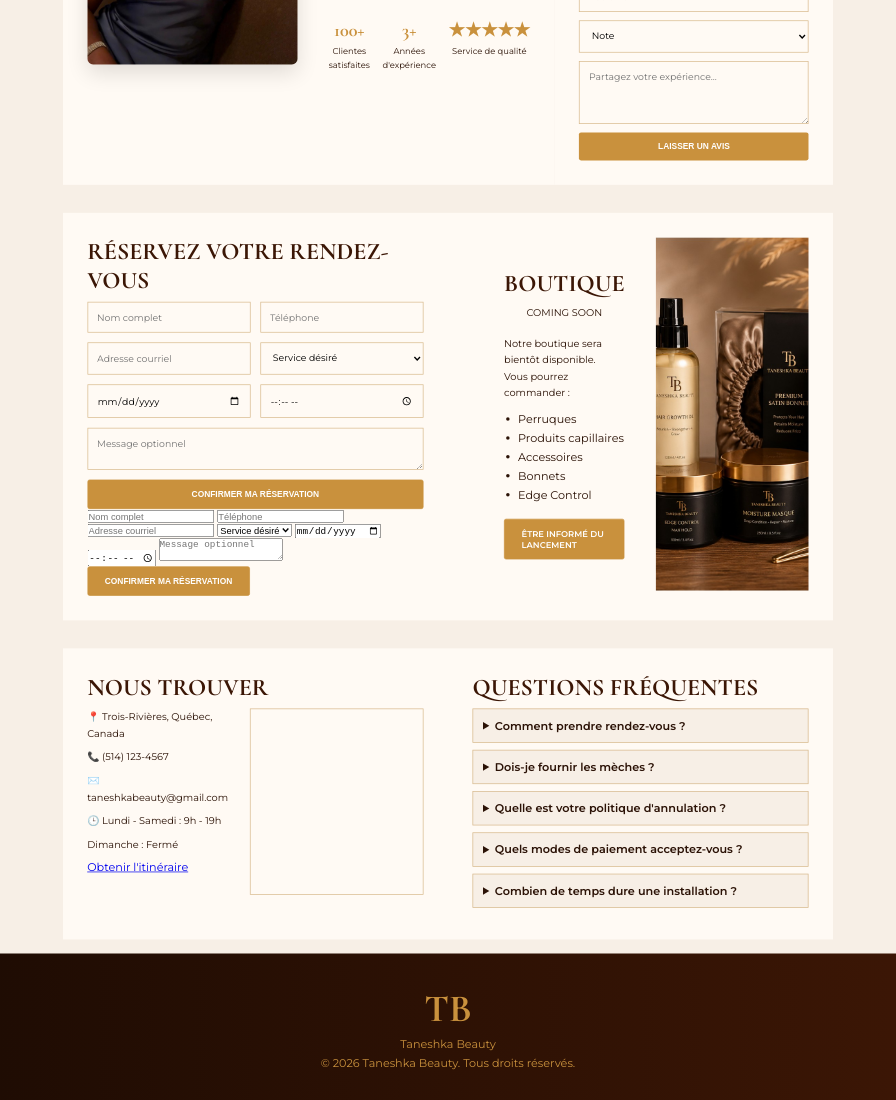
Repository: kngnepi/Taneshka-Beauty-House
Page: index.html
The author's editor kept a copy of each file at every save. The page is drawn from the files as they stood at one save, then again after the next save.
The browser window is 1280 px wide. The pictures show the part of the page from y = 2513 to 4433 px (the page is 4085 px tall before and 4433 px after), at 70% of full size.
Pictures or frames that could not be fetched are drawn as grey boxes.

Above is the page before, as saved 2026-07-05 19:44:46.

### index.html
<!DOCTYPE html>
<html lang="fr">
<head>
  <meta charset="UTF-8" />
  <meta name="viewport" content="width=device-width, initial-scale=1.0" />
  <title>Taneshka Beauty</title>
  <link rel="stylesheet" href="style.css" />
</head>
<body>

  <!-- NAVBAR -->
  <header class="navbar">
    <div class="logo">
      <span>TB</span>
      <p>TANESHKA BEAUTY</p>
    </div>

    <nav>
      <a href="#home">Accueil</a>
      <a href="#services">Services</a>
      <a href="#portfolio">Portfolio</a>
      <a href="#about">À propos</a>
      <a href="#booking">Réservation</a>
      <a href="#products">Boutique</a>
      <a href="#contact">Contact</a>
    </nav>

    <a href="#booking" class="btn-gold">Réserver</a>
  </header>

  <!-- HERO -->
  <section id="home" class="hero">
    <div class="hero-content">
      <h1>TANESHKA<br>BEAUTY</h1>
      <p class="tagline">Élégance • Confiance • Beauté</p>
      <p class="hero-text">
        Spécialiste en perruques, tresses et coiffures protectrices.
      </p>

      <div class="hero-buttons">
        <a href="#booking" class="btn-gold">Réserver un rendez-vous</a>
        <a href="#portfolio" class="btn-outline">Voir nos réalisations</a>
      </div>
    </div>
  </section>

  <!-- SERVICES -->
  <section id="services" class="section">
    <h2>Nos Services</h2>
    <p class="section-subtitle">Des prestations adaptées à votre style et à vos besoins.</p>

    <div class="services-grid">
      <div class="service-card">
        <div class="service-img"></div>
        <div>
          <h3>Perruques</h3>
          <ul>
            <li>Installation</li>
            <li>Retrait</li>
            <li>Revamp</li>
            <li>Customisation</li>
          </ul>
          <p>À partir de 60$</p>
          <a href="#booking" class="btn-dark">Réserver</a>
        </div>
      </div>

      <div class="service-card">
        <div class="service-img"></div>
        <div>
          <h3>Tresses</h3>
          <ul>
            <li>Knotless Braids</li>
            <li>Boho Braids</li>
            <li>Tribal Braids</li>
            <li>Cornrows</li>
          </ul>
          <p>À partir de 80$</p>
          <a href="#booking" class="btn-dark">Réserver</a>
        </div>
      </div>

      <div class="service-card">
        <div class="service-img"></div>
        <div>
          <h3>Coiffures</h3>
          <ul>
            <li>Ponytail</li>
            <li>Wig Styling</li>
            <li>Butterfly Locs</li>
            <li>Twists</li>
          </ul>
          <p>À partir de 50$</p>
          <a href="#booking" class="btn-dark">Réserver</a>
        </div>
      </div>
    </div>
  </section>

  <!-- PORTFOLIO -->
 <section id="portfolio" class="section">
  <h2>Nos Réalisations</h2>

  <div class="portfolio-filters">
    <button class="active" data-filter="all">Tout</button>
    <button data-filter="perruques">Perruques</button>
    <button data-filter="tresses">Tresses</button>
    <button data-filter="ponytails">Ponytails</button>
    <button data-filter="locs">Locs</button>
  </div>

  <div class="portfolio-grid">
    <div class="portfolio-item" data-category="ponytails"></div>
    <div class="portfolio-item" data-category="ponytails"></div>
    <div class="portfolio-item" data-category="perruques"></div>
    <div class="portfolio-item" data-category="perruques"></div>
    <div class="portfolio-item" data-category="perruques"></div>
    <div class="portfolio-item" data-category="perruques"></div>
  </div>
</section>

  <!-- ABOUT + REVIEWS -->
  <!-- ABOUT + REVIEWS -->
<section class="split-section">
  <div id="about" class="about-box">
    <div class="about-img"></div>

    <div class="about-content">
      <h2>À propos de Taneshka Beauty</h2>
      <p>
        Chez Taneshka Beauty, nous mettons en valeur la beauté naturelle de chaque cliente
        grâce à des coiffures élégantes, des tresses impeccables et des installations de
        perruques professionnelles. Notre mission est d'offrir une expérience personnalisée
        dans une ambiance chaleureuse, professionnelle et accueillante.
      </p>

      <div class="about-stats">
        <div>
          <h3>100+</h3>
          <p>Clientes satisfaites</p>
        </div>

        <div>
          <h3>3+</h3>
          <p>Années d'expérience</p>
        </div>

        <div>
          <h3>★★★★★</h3>
          <p>Service de qualité</p>
        </div>
      </div>
    </div>
  </div>

  <div class="reviews-box">
  <h2>Ce que disent nos clientes</h2>

  <div class="reviews-grid" id="reviewsList">
    <div class="review-card">
      <p class="stars">★★★★★</p>
      <p>Très professionnelle et minutieuse. Je suis toujours satisfaite du résultat.</p>
      <span>— Sarah M.</span>
    </div>

    <div class="review-card">
      <p class="stars">★★★★★</p>
      <p>Mes tresses ont tenu plusieurs semaines. Je recommande fortement.</p>
      <span>— Jessica K.</span>
    </div>
  </div>

  <form class="review-form" id="reviewForm">
    <input type="text" id="reviewName" placeholder="Votre nom" required />

    <select id="reviewRating" required>
      <option value="">Note</option>
      <option value="5">★★★★★</option>
      <option value="4">★★★★</option>
      <option value="3">★★★</option>
      <option value="2">★★</option>
      <option value="1">★</option>
    </select>

    <textarea id="reviewText" placeholder="Partagez votre expérience..." required></textarea>

    <button type="submit" class="btn-gold">Laisser un avis</button>
  </form>
</div>
</section>

<!-- BOOKING + PRODUCTS -->
<section class="split-section">
  <div id="booking" class="booking-section">
    <h2>Réservez votre rendez-vous</h2>

    <form
  class="booking-form"
  action="https://formspree.io/f/mjgqljjd"
  method="POST"
>
  <input type="text" name="nom" placeholder="Nom complet" required />

  <input type="tel" name="telephone" placeholder="Téléphone" required />

  <input type="email" name="email" placeholder="Adresse courriel" required />

  <select name="service" required>
    <option value="">Service désiré</option>
    <option value="Perruques">Perruques</option>
    <option value="Tresses">Tresses</option>
    <option value="Coiffures">Coiffures</option>
  </select>

  <input type="date" name="date_souhaitee" required />

  <input type="time" name="heure_souhaitee" required />

  <textarea name="message" placeholder="Message optionnel"></textarea>

  <button type="submit" class="btn-gold">
    Confirmer ma réservation
  </button>
</form>
      <input type="text" placeholder="Nom complet" />
      <input type="tel" placeholder="Téléphone" />
      <input type="email" placeholder="Adresse courriel" />

      <select>
        <option>Service désiré</option>
        <option>Perruques</option>
        <option>Tresses</option>
        <option>Coiffures</option>
      </select>

      <input type="date" />
      <input type="time" />
      <textarea placeholder="Message optionnel"></textarea>


      <button type="submit" class="btn-gold">Confirmer ma réservation</button>
    </form>
  </div>

  <div id="products" class="products-section">
    <div class="products-content">
      <div class="products-text">
        <h2>Boutique</h2>
        <p class="coming-soon">Coming Soon</p>
        <p>Notre boutique sera bientôt disponible.</p>
        <p>Vous pourrez commander :</p>

        <ul>
          <li>Perruques</li>
          <li>Produits capillaires</li>
          <li>Accessoires</li>
          <li>Bonnets</li>
          <li>Edge Control</li>
        </ul>

        <a href="#contact" class="btn-gold">Être informé du lancement</a>
      </div>

      <div class="products-img"></div>
    </div>
  </div>
</section>

<!-- LOCATION + FAQ -->
<section id="contact" class="split-section">
  <div class="location-box">
  <h2>Nous trouver</h2>

  <div class="location-content">
    <div class="location-info">
      <p>📍 Trois-Rivières, Québec, Canada</p>
      <p>📞 (514) 123-4567</p>
      <p>✉️ taneshkabeauty@gmail.com</p>
      <p>🕒 Lundi - Samedi : 9h - 19h</p>
      <p>Dimanche : Fermé</p>

      <a
        href="https://www.google.com/maps/search/?api=1&query=Trois-Rivi%C3%A8res%2C%20Qu%C3%A9bec%2C%20Canada"
        target="_blank"
        class="btn-outline-dark"
      >
        Obtenir l'itinéraire
      </a>
    </div>

    <div class="map-box">
      <iframe
        src="https://www.google.com/maps?q=Trois-Rivi%C3%A8res%2C%20Qu%C3%A9bec%2C%20Canada&output=embed"
        loading="lazy"
        referrerpolicy="no-referrer-when-downgrade">
      </iframe>
    </div>
  </div>
</div>

  <div class="faq-box">
    <h2>Questions fréquentes</h2>

    <details>
      <summary>Comment prendre rendez-vous ?</summary>
      <p>Vous pouvez réserver via le formulaire ou nous contacter sur Instagram.</p>
    </details>

    <details>
      <summary>Dois-je fournir les mèches ?</summary>
      <p>Cela dépend du service choisi. Les détails seront confirmés lors de la réservation.</p>
    </details>

    <details>
      <summary>Quelle est votre politique d'annulation ?</summary>
      <p>Les annulations doivent être faites au moins 48h avant le rendez-vous.</p>
    </details>

    <details>
      <summary>Quels modes de paiement acceptez-vous ?</summary>
      <p>Espèces et virement Interac.</p>
    </details>

    <details>
      <summary>Combien de temps dure une installation ?</summary>
      <p>La durée varie selon le service sélectionné.</p>
    </details>
  </div>
</section>
  <!-- FOOTER -->
  <footer>
    <h2>TB</h2>
    <p>Taneshka Beauty</p>
    <p>© 2026 Taneshka Beauty. Tous droits réservés.</p>
  </footer>

<script>
  const filterButtons = document.querySelectorAll(".portfolio-filters button");
  const portfolioItems = document.querySelectorAll(".portfolio-item");

  filterButtons.forEach(button => {
    button.addEventListener("click", () => {
      const filter = button.dataset.filter;

      filterButtons.forEach(btn => btn.classList.remove("active"));
      button.classList.add("active");

      portfolioItems.forEach(item => {
        if (filter === "all" || item.dataset.category === filter) {
          item.classList.remove("hide");
        } else {
          item.classList.add("hide");
        }
      });
    });
  });
</script>
<script>
  const reviewForm = document.getElementById("reviewForm");
  const reviewsList = document.getElementById("reviewsList");

  let reviews = JSON.parse(localStorage.getItem("taneshkaReviews")) || [];

  function displayReviews() {
    reviews.forEach(review => {
      const reviewCard = document.createElement("div");
      reviewCard.classList.add("review-card");

      reviewCard.innerHTML = `
        <p class="stars">${"★".repeat(review.rating)}</p>
        <p>${review.text}</p>
        <span>— ${review.name}</span>
      `;

      reviewsList.appendChild(reviewCard);
    });
  }

  reviewForm.addEventListener("submit", function (e) {
    e.preventDefault();

    const name = document.getElementById("reviewName").value;
    const rating = document.getElementById("reviewRating").value;
    const text = document.getElementById("reviewText").value;

    const newReview = {
      name: name,
      rating: rating,
      text: text
    };

    reviews.push(newReview);
    localStorage.setItem("taneshkaReviews", JSON.stringify(reviews));

    reviewsList.innerHTML = "";
    displayReviews();

    reviewForm.reset();
  });

  displayReviews();
</script>
</body>
</html>

### style.css
@import url('https://fonts.googleapis.com/css2?family=Cormorant+Garamond:wght@500;600;700&family=Montserrat:wght@300;400;500;600&display=swap');

:root {
  --brown: #3b1605;
  --dark-brown: #1f0c03;
  --gold: #c9913d;
  --cream: #f7efe6;
  --light-cream: #fffaf4;
  --text: #2b1206;
  --border: #d8b98c;
}

* {
  margin: 0;
  padding: 0;
  box-sizing: border-box;
}

body {
  background: var(--cream);
  color: var(--text);
  font-family: "Montserrat", sans-serif;
}

h1, h2, h3 {
  font-family: "Cormorant Garamond", serif;
  text-transform: uppercase;
}

section {
  padding: 55px 7%;
}

.navbar {
  background: rgba(31, 12, 3, 0.95);
  color: white;
  height: 85px;
  padding: 0 7%;
  display: flex;
  align-items: center;
  justify-content: space-between;
}

.logo span {
  color: var(--gold);
  font-family: "Cormorant Garamond", serif;
  font-size: 38px;
  font-weight: 700;
}

.logo p {
  color: var(--gold);
  font-size: 13px;
  letter-spacing: 1px;
}

nav {
  display: flex;
  gap: 30px;
}

nav a {
  color: white;
  text-decoration: none;
  font-size: 13px;
  text-transform: uppercase;
}

.btn-gold,
.btn-outline,
.btn-dark {
  display: inline-block;
  padding: 13px 24px;
  text-decoration: none;
  text-transform: uppercase;
  font-size: 12px;
  font-weight: 600;
  border-radius: 3px;
}

.btn-gold {
  background: var(--gold);
  color: white;
  border: 1px solid var(--gold);
}

.btn-outline {
  border: 1px solid var(--gold);
  color: white;
}

.btn-dark {
  background: var(--brown);
  color: white;
  margin-top: 15px;
}

.hero {
  min-height: 720px;
  background:
    linear-gradient(to right, rgba(20, 7, 2, 0.95) 0%, rgba(20, 7, 2, 0.75) 38%, rgba(20, 7, 2, 0.25) 70%),
    url("images/hero.jpg");
  background-size: cover;
  background-position: center 35%;
  display: flex;
  align-items: center;
}

.hero-content {
  max-width: 620px;
  margin-top: 40px;
}

.hero h1 {
  color: var(--gold);
  font-size: 92px;
  line-height: 0.9;
}

.tagline {
  color: white;
  font-family: "Cormorant Garamond", serif;
  font-size: 28px;
  font-style: italic;
  margin: 20px 0;
}

.hero-text {
  color: white;
  font-size: 18px;
  line-height: 1.6;
}

.hero-buttons {
  display: flex;
  gap: 20px;
  margin-top: 30px;
}

.section {
  text-align: center;
}

.section h2,
.split-section h2 {
  font-size: 34px;
  color: var(--brown);
  margin-bottom: 10px;
}

.section-subtitle {
  margin-bottom: 35px;
  font-size: 14px;
}

.services-grid {
  display: grid;
  grid-template-columns: repeat(3, 1fr);
  gap: 25px;
}

.service-card {
  background: var(--light-cream);
  border: 1px solid var(--border);
  display: grid;
  grid-template-columns: 1fr 1fr;
  text-align: left;
  min-height: 260px;
}

.service-img,
.portfolio-item,
.about-img {
  width: 100%;
  height: 430px;
  background-image: url("images/about.jpg");
  background-size: cover;
  background-position: center top;
  border-radius: 8px;
  box-shadow: 0 12px 30px rgba(0,0,0,.12);
}

.service-card:nth-child(1) .service-img {
  background-image: url("images/service-wig.jpg");
}

.service-card:nth-child(2) .service-img {
  background-image: url("images/service-braids.jpg");
}

.service-card:nth-child(3) .service-img {
  background-image: url("images/service-hair.jpg");
}

.service-card div:last-child {
  padding: 28px;
}

.service-card h3 {
  font-size: 24px;
  margin-bottom: 15px;
}

.service-card li {
  margin-bottom: 8px;
  font-size: 14px;
}

.portfolio-filters {
  display: flex;
  justify-content: center;
  gap: 35px;
  margin: 25px 0;
}

.portfolio-filters button {
  background: transparent;
  border: none;
  text-transform: uppercase;
  cursor: pointer;
}


.portfolio-grid {
  display: grid;
  grid-template-columns: repeat(6, 1fr);
  gap: 18px;
}

.portfolio-item {
  height: 300px;
  border-radius: 8px;
  overflow: hidden;
  background-size: cover;
  background-position: center 25%;
  background-repeat: no-repeat;
}

.portfolio-item:nth-child(2) {
    background-position: center 20%;
}

.portfolio-item:nth-child(2) img {
  object-position: 40% 70%;
}
.portfolio-item img {
  width: 100%;
  height: 100%;
  object-fit: cover;
  object-position: center 25%;
  display: block;
}


.portfolio-item:nth-child(1) {
  background-image: url("images/portfolio-1.jpg");
}

.portfolio-item:nth-child(2) {
  background-image: url("images/portfolio-2.jpg");
}

.portfolio-item:nth-child(3) {
  background-image: url("images/portfolio-3.jpg");
}

.portfolio-item:nth-child(4) {
  background-image: url("images/portfolio-4.jpg");
}

.portfolio-item:nth-child(5) {
  background-image: url("images/portfolio-5.jpg");
}

.portfolio-item:nth-child(6) {
  background-image: url("images/portfolio-6.jpg");
}

.split-section {
  padding: 20px 7%;
  display: grid;
  grid-template-columns: 1fr 1fr;
  gap: 0;
}

.about-box,
.reviews-box,
.location-box,
.faq-box,
.booking-section,
.products-section {
  background: var(--light-cream);
  border: 1px solid var(--border);
  padding: 35px;
}

.about-box {
  display: grid;
  grid-template-columns: 300px 1fr;
  gap: 45px;
  align-items: center;
  background: var(--light-cream);
  padding: 45px;
}

.about-img {
  min-height: 280px;
  background-image: url("images/about.jpg");
}

.about-box p,
.review-card p,
.location-box p,
.products-section p,
.faq-box p {
  font-size: 14px;
  line-height: 1.7;
}

.reviews-box {
  text-align: center;
}

.review-card {
  border: 1px solid var(--border);
  padding: 25px;
  margin-top: 20px;
  text-align: left;
}

.stars {
    color: var(--gold);
    font-size: 20px;
    letter-spacing: 2px;
    margin-bottom: 8px;
}
.booking-form {
  max-width: 850px;
  margin: auto;
  display: grid;
  grid-template-columns: 1fr 1fr;
  gap: 14px;
}

.booking-form input,
.booking-form select,
.booking-form textarea {
  padding: 13px;
  border: 1px solid var(--border);
  background: var(--light-cream);
  font-family: "Montserrat", sans-serif;
}

.booking-form textarea,
.booking-form button {
  grid-column: span 2;
}

.products-section {
  text-align: center;
}

.products-section h2 {
  color: var(--brown);
}

.location-box {
  text-align: left;
}

.faq-box details {
  border: 1px solid var(--border);
  margin-bottom: 10px;
  padding: 14px;
  background: var(--cream);
}

.faq-box summary {
  cursor: pointer;
  font-weight: 600;
}

footer {
  background: linear-gradient(to right, var(--dark-brown), var(--brown));
  color: white;
  text-align: center;
  padding: 45px 7%;
}

footer h2 {
  color: var(--gold);
  font-size: 55px;
}

footer p {
  color: var(--gold);
  margin-top: 8px;
}

@media (max-width: 900px) {
  .navbar {
    height: auto;
    flex-direction: column;
    padding: 20px;
    gap: 20px;
  }

  nav {
    flex-wrap: wrap;
    justify-content: center;
  }

  .hero h1 {
    font-size: 55px;
  }

  .services-grid,
  .split-section {
    grid-template-columns: 1fr;
  }

  .service-card,
  .about-box {
    grid-template-columns: 1fr;
  }

  .portfolio-grid {
    grid-template-columns: repeat(2, 1fr);
  }

  .booking-form {
    grid-template-columns: 1fr;
  }

  .booking-form textarea,
  .booking-form button {
    grid-column: span 1;
  }
}

.about-content {
  display: flex;
  flex-direction: column;
  justify-content: center;
}

.about-stats {
  display: grid;
  grid-template-columns: repeat(3, 1fr);
  gap: 18px;
  margin-top: 30px;
  text-align: center;
}

.about-stats h3 {
  color: var(--gold);
  font-size: 26px;
  margin-bottom: 5px;
}

.about-stats p {
  font-size: 12px;
}

.products-section {
  padding: 0;
  text-align: left;
}

.products-content {
  display: grid;
  grid-template-columns: 1fr 1fr;
  min-height: 320px;
}

.products-text {
  padding: 45px;
}

.products-text h2 {
  text-align: center;
}

.coming-soon {
  text-align: center;
  text-transform: uppercase;
  font-size: 13px;
  margin-bottom: 20px;
}

.products-text ul {
  margin: 15px 0 25px 20px;
}

.products-text li {
  margin-bottom: 8px;
}

.products-img {
  background-image: url("images/products.jpg");
  background-size: cover;
  background-position: center;
  min-height: 320px;
}

@media (max-width: 900px) {
  .about-stats {
    grid-template-columns: 1fr;
  }

  .products-content {
    grid-template-columns: 1fr;
  }
}

.about-box,
.reviews-box,
.location-box,
.faq-box,
.booking-section,
.products-section {
    background: var(--light-cream);
    border: none;
    padding: 35px;
}
.location-content {
  display: grid;
  grid-template-columns: 1fr 1.2fr;
  gap: 25px;
  align-items: stretch;
}

.location-info p {
  margin-bottom: 10px;
}

.map-box {
  width: 100%;
  min-height: 260px;
  border: 1px solid var(--border);
  overflow: hidden;
}

.map-box iframe {
  width: 100%;
  height: 100%;
  min-height: 260px;
  border: none;
}

@media (max-width: 900px) {
  .location-content {
    grid-template-columns: 1fr;
  }
}

.portfolio-filters button.active {
  background: var(--brown);
  color: white;
  padding: 8px 35px;
}

.portfolio-item.hide {
  display: none;
}
.review-form {
  margin-top: 25px;
  display: grid;
  gap: 12px;
}

.review-form input,
.review-form select,
.review-form textarea {
  padding: 13px;
  border: 1px solid var(--border);
  background: var(--light-cream);
  font-family: "Montserrat", sans-serif;
}

.review-form textarea {
  min-height: 90px;
  resize: vertical;
}

.review-form button {
  border: none;
  cursor: pointer;
}

.terms {
    display: flex;
    align-items: flex-start;
    gap: 10px;
    margin: 15px 0;
    font-size: 13px;
    line-height: 1.5;
    text-align: left;
    color: var(--text);
}

.terms input[type="checkbox"] {
    margin-top: 3px;
    accent-color: var(--gold);
    cursor: pointer;
}

After the next save:
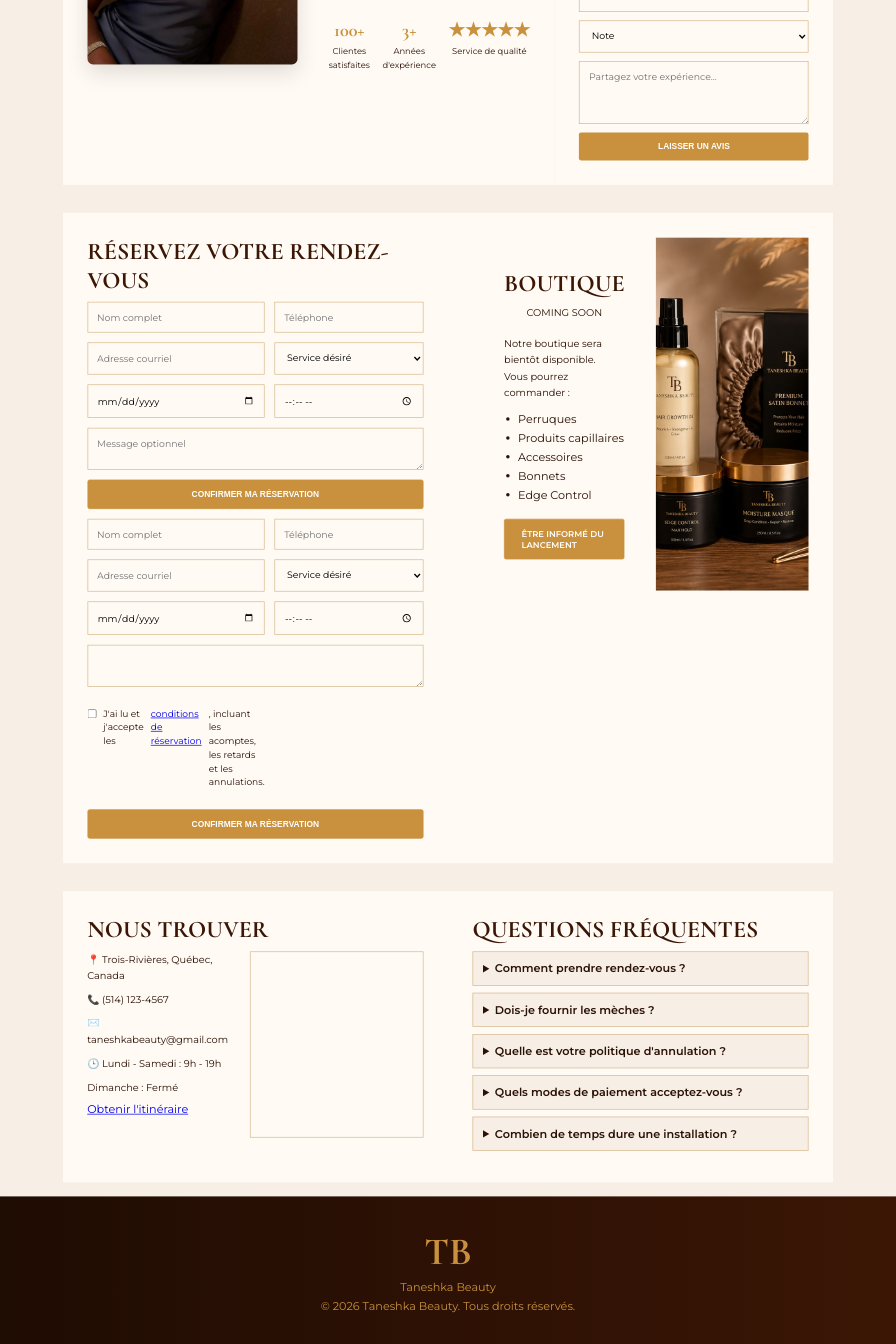
Saved 110 s later.
--- a/index.html
+++ b/index.html
@@ -221,25 +221,60 @@
   <button type="submit" class="btn-gold">
     Confirmer ma réservation
   </button>
-</form>
-      <input type="text" placeholder="Nom complet" />
-      <input type="tel" placeholder="Téléphone" />
-      <input type="email" placeholder="Adresse courriel" />
-
-      <select>
-        <option>Service désiré</option>
+<form
+    class="booking-form"
+    action="https://formspree.io/f/mjgqljjd"
+    method="POST">
+
+    <input
+        type="text"
+        name="nom"
+        placeholder="Nom complet"
+        required>
+
+    <input
+        type="tel"
+        name="telephone"
+        placeholder="Téléphone"
+        required>
+
+    <input
+        type="email"
+        name="email"
+        placeholder="Adresse courriel"
+        required>
+
+    <select name="service" required>
+        <option value="">Service désiré</option>
         <option>Perruques</option>
         <option>Tresses</option>
         <option>Coiffures</option>
-      </select>
-
-      <input type="date" />
-      <input type="time" />
-      <textarea placeholder="Message optionnel"></textarea>
-
-
-      <button type="submit" class="btn-gold">Confirmer ma réservation</button>
-    </form>
+    </select>
+
+    <input type="date" name="date" required>
+
+    <input type="time" name="heure" required>
+
+    <textarea
+        name="message"
+        placeholder="Message optionnel">
+    </textarea>
+
+    <label class="terms">
+        <input type="checkbox" required>
+
+        J'ai lu et j'accepte les
+        <a href="#booking-policy">
+            conditions de réservation
+        </a>,
+        incluant les acomptes, les retards et les annulations.
+    </label>
+
+    <button type="submit" class="btn-gold">
+        Confirmer ma réservation
+    </button>
+
+</form>
   </div>
 
   <div id="products" class="products-section">
